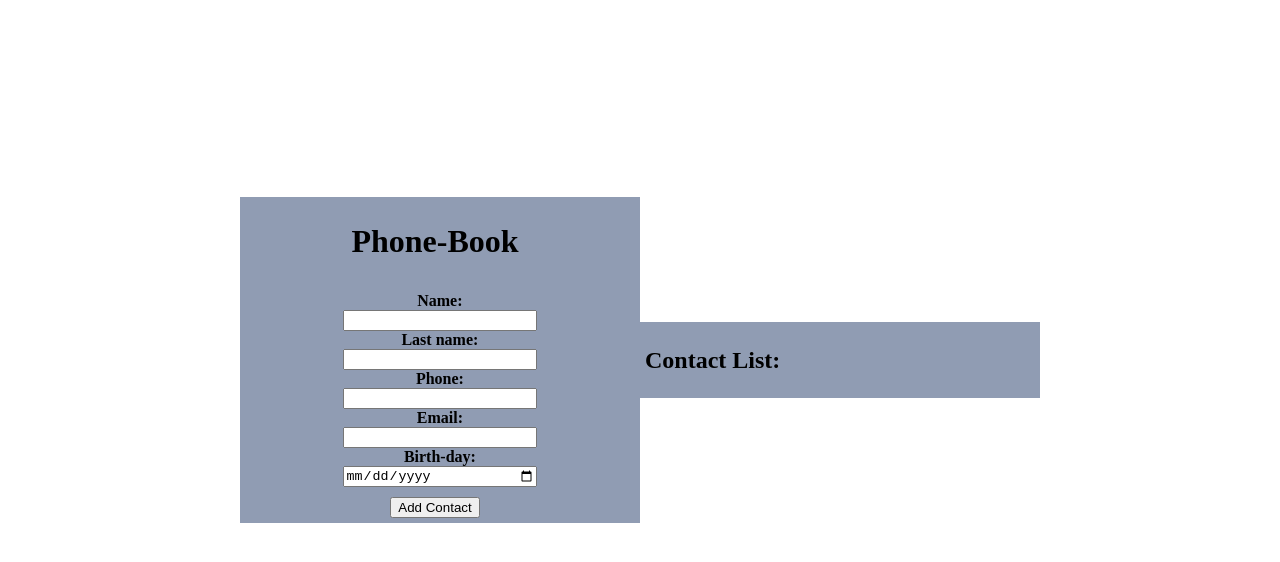
Repository: STA1357/Phone-book
Page: Inner.html
An editor plug-in stored every save of this project. The page is shown before and after the next save, followed by the edit.
The browser window is 1280 px wide. The pictures show the whole page.

Above is the page before, as saved 2020-12-10 11:33:01.

After the next save:
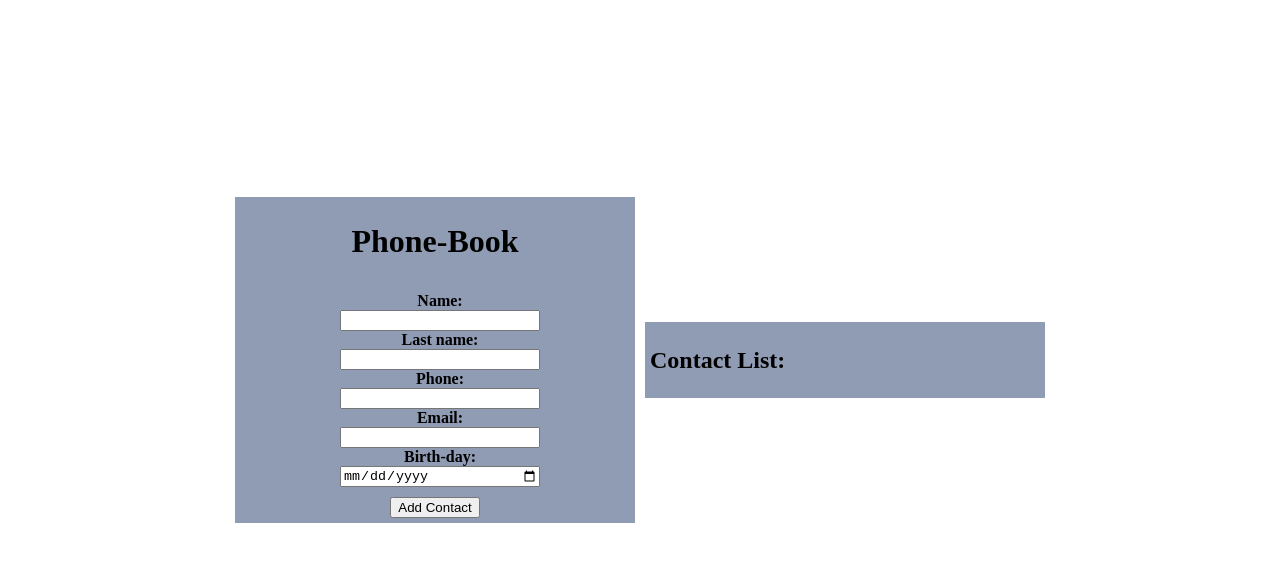
Saved 17 s later.
--- a/styles.css
+++ b/styles.css
@@ -16,7 +16,7 @@ form{
     background-color: rgb(144, 156, 179);
     width: 400px;
     max-width: 100%;
-    padding-right: 10px;
+    margin-right: 10px;
     text-align: center;
 }
 
